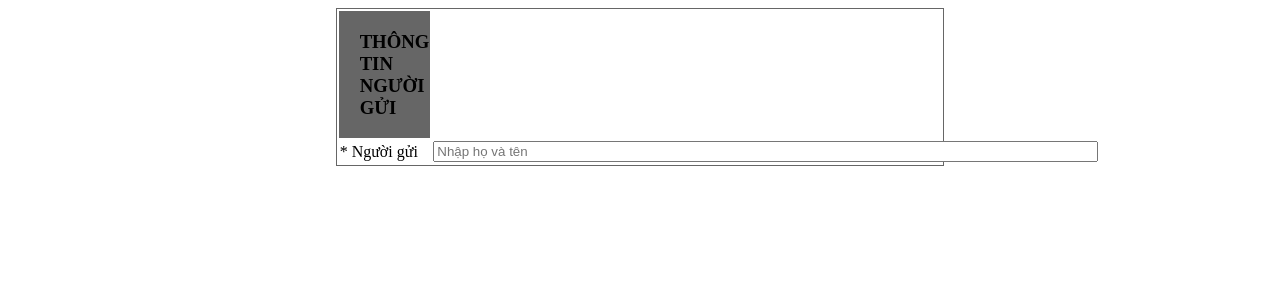
Repository: Tan-Khang21/TH_TKW--Buoi_04
Page: Bai_Tap_Mau/Bai_01/Bai_01.html
These files come from the project's save history. The page is drawn as it stood at one moment and after the next save; the edit follows.
The browser window is 1280 px wide. The pictures show the whole page.

Above is the page before, as saved 2024-03-05 19:55:47.

### Bai_Tap_Mau/Bai_01/Bai_01.html
<!DOCTYPE html>
<html lang="en">
  <head>
    <meta charset="UTF-8" />
    <meta name="viewport" content="width=device-width, initial-scale=1.0" />
    <title>Document</title>
  </head>
  <body>
    <form style="border: 1px solid #666 ; width: 48%; margin: 0 auto;">
        <table>
      <tr>
        <td spancol="2" bgcolor="#666">
          <h3 style="margin-left: 20px">THÔNG TIN NGƯỜI GỬI</h3>
        </td>
      </tr>
      <tr>
        <td>* Người gửi</td>
        <td align="right"><input type="text" placeholder="Nhập họ và tên" size="80"></td>
    </table>
      </tr>
    </form>
  </body>
</html>

After the next save:
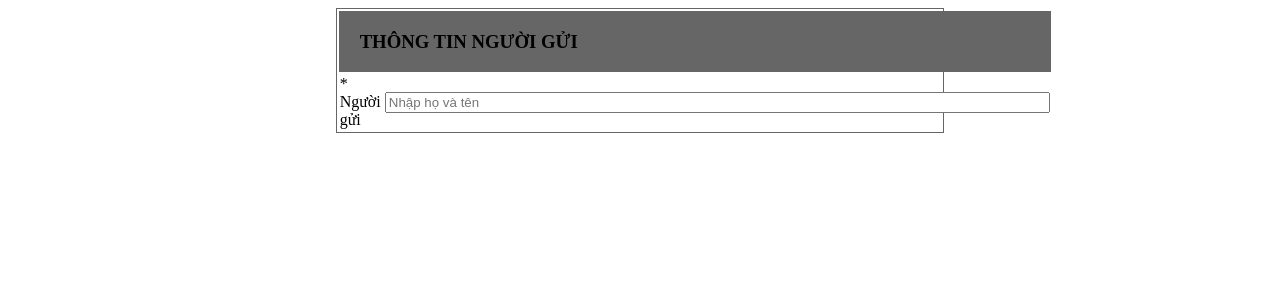
Saved 96 s later.
--- a/Bai_Tap_Mau/Bai_01/Bai_01.html
+++ b/Bai_Tap_Mau/Bai_01/Bai_01.html
@@ -9,7 +9,7 @@
     <form style="border: 1px solid #666 ; width: 48%; margin: 0 auto;">
         <table>
       <tr>
-        <td spancol="2" bgcolor="#666">
+        <td colspan="2" bgcolor="#666">
           <h3 style="margin-left: 20px">THÔNG TIN NGƯỜI GỬI</h3>
         </td>
       </tr>

After the save that followed:
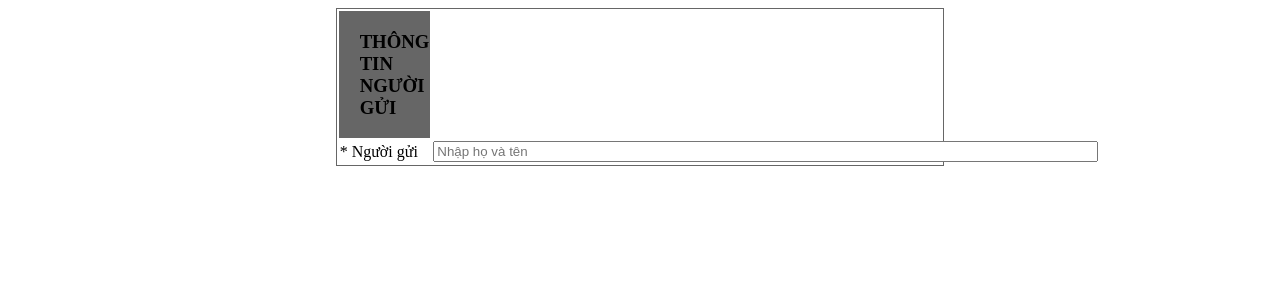
Saved 49 s later.
--- a/Bai_Tap_Mau/Bai_01/Bai_01.html
+++ b/Bai_Tap_Mau/Bai_01/Bai_01.html
@@ -8,8 +8,8 @@
   <body>
     <form style="border: 1px solid #666 ; width: 48%; margin: 0 auto;">
         <table>
-      <tr>
-        <td colspan="2" bgcolor="#666">
+      <tr colspan="2">
+        <td  bgcolor="#666">
           <h3 style="margin-left: 20px">THÔNG TIN NGƯỜI GỬI</h3>
         </td>
       </tr>
